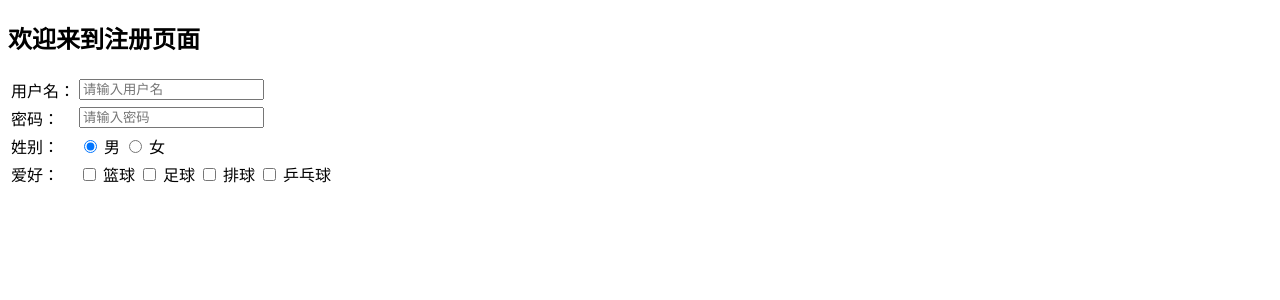
Repository: WKYQAQ/LX
Page: day02_form.html
The author's editor kept a copy of each file at every save. The page is drawn from the files as they stood at one save, then again after the next save.
The browser window is 1280 px wide. The pictures show the whole page.

Above is the page before, as saved 2020-07-22 11:50:57.

After the next save:
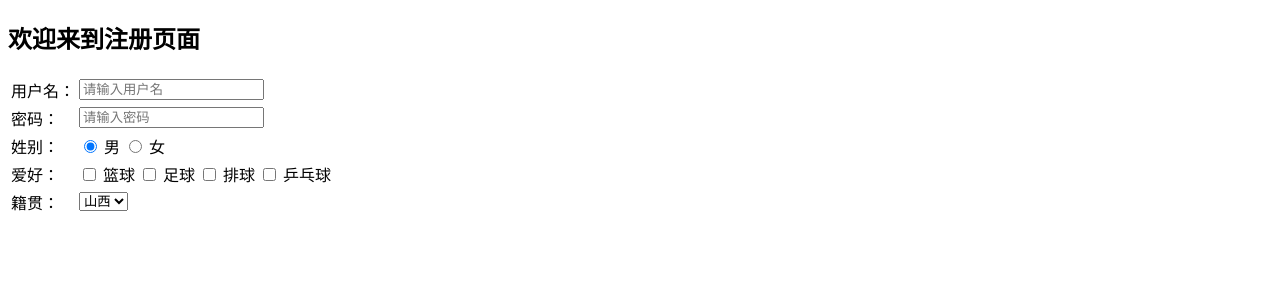
Saved 3 min 44 s later.
--- a/day02_form.html
+++ b/day02_form.html
@@ -21,7 +21,7 @@
             <tr>
                 <td>姓别：</td>
                 <td>
-                    <input type="radio" name="sex" value="man" checked="checked"/> 男<!--也可以checked id="man"/><laber for="man">男</laber>-->
+                    <input type="radio" name="sex" value="man" checked="checked"/> 男<!--也可以checked id="man"/><label for="man">男</label>-->
                     <input type="radio" name="sex" value="male"/> 女
                 </td>
             </tr>
@@ -34,6 +34,17 @@
                     <input type="checkbox" name="like" value="4"/> 乒乓球
                 </td>
             </tr>
+            <tr>
+                <td>籍贯：</td>
+                <td>
+                    <select name="">
+                        <option value="shanxi">山西</option>
+                        <option value="jiangsu">江苏</option>
+                        <option value="shanghai">上海</option>
+                        <option value="beijing">北京</option>
+                    </select>
+                </td>
+            </tr>
         </table>
     </form>
 </body>
